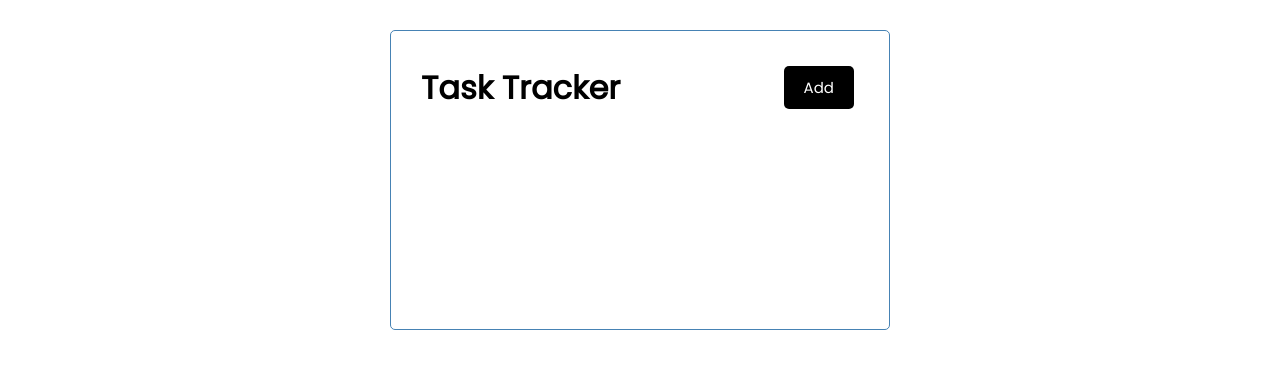
Repository: NIMRAH97/React-Strap-Test
Page: /
These files come from the project's save history. The page is drawn as it stood at one moment and after a run of saves; the edit follows.
The browser window is 1280 px wide. The pictures show the whole page.
The project was rebuilt for these pictures with package versions that can differ from the ones it lists, and the page was loaded fresh each time.

Above is the page before, as saved 2021-05-21 16:23:05.

After the next 3 saves:
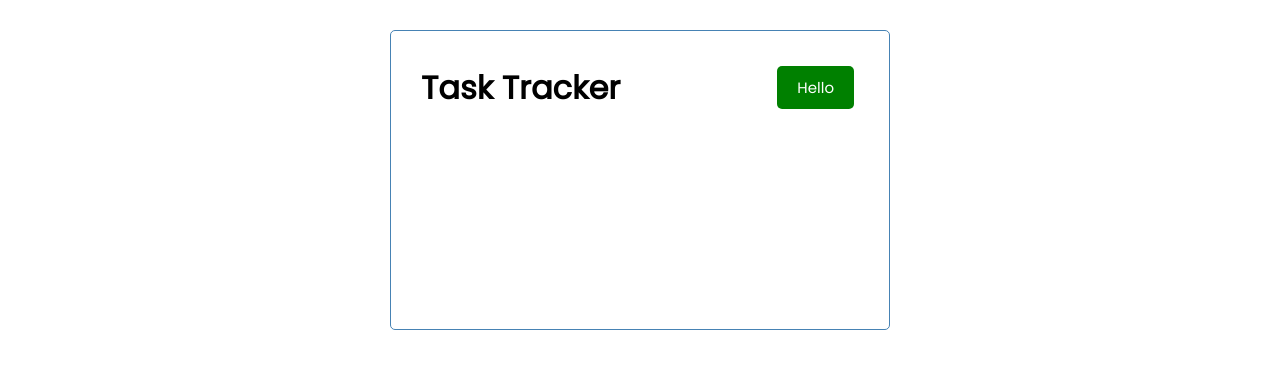
The 3 saves are shown as one change because 2 did not build or start.
The last was saved 5 min 23 s later.
--- a/src/components/Button.js
+++ b/src/components/Button.js
@@ -1,7 +1,7 @@
 import React from 'react'
 
-const Button = () => {
-    return <button className='btn'>Add</button>
+const Button = ({ color, text }) => {
+    return <button style={{ backgroundColor: color }} className='btn'>{text}</button>
 }
 
 export default Button
